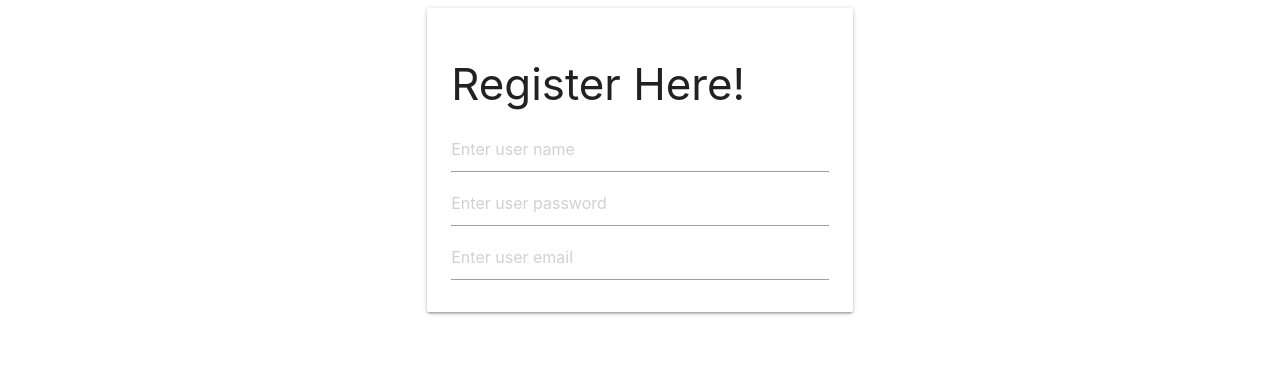
Repository: riddhiwho/Eclipse-Projects
Page: http://localhost/Register/signup.jsp
The author's editor kept a copy of each file at every save. The page is drawn from the files as they stood at one save, then again after the next save.
The browser window is 1280 px wide. The pictures show the whole page.
The page is served by Tomcat 9. Other server files are loaded and not shown.

Above is the page before, as saved 2021-06-05 05:44:57.

### Register/src/main/webapp/signup.jsp
<%@ page language="java" contentType="text/html; charset=UTF-8"
    pageEncoding="UTF-8"%>
<!DOCTYPE html>
<html>
<head>
<meta charset="UTF-8">
<title>JSP Page</title>

    <!-- Compiled and minified CSS -->
    <link rel="stylesheet" href="https://cdnjs.cloudflare.com/ajax/libs/materialize/1.0.0/css/materialize.min.css">

    <!-- Compiled and minified JavaScript -->
    <script src="https://cdnjs.cloudflare.com/ajax/libs/materialize/1.0.0/js/materialize.min.js"></script>

</head>
<body>
	<div class="container">
		<div class="row">
			<div class="col m6 offset-m3">
				<div class="card">
					<div class="card-content">
						<h3>Register Here!</h3>

						<div clas="form">

							<form action="Register" method="post">
								<input type="text" name="user_name" placeholder="Enter user name" />
								<input type="password" name="user_password" placeholder="Enter user password" />
								<input type="email" name="user_email" placeholder="Enter user email" />
							</form>

						</div>

						<div clas="loader">

						</div>
					</div>
				</div>
			</div>
		</div>
	</div>
</body>
</html>

After the next save:
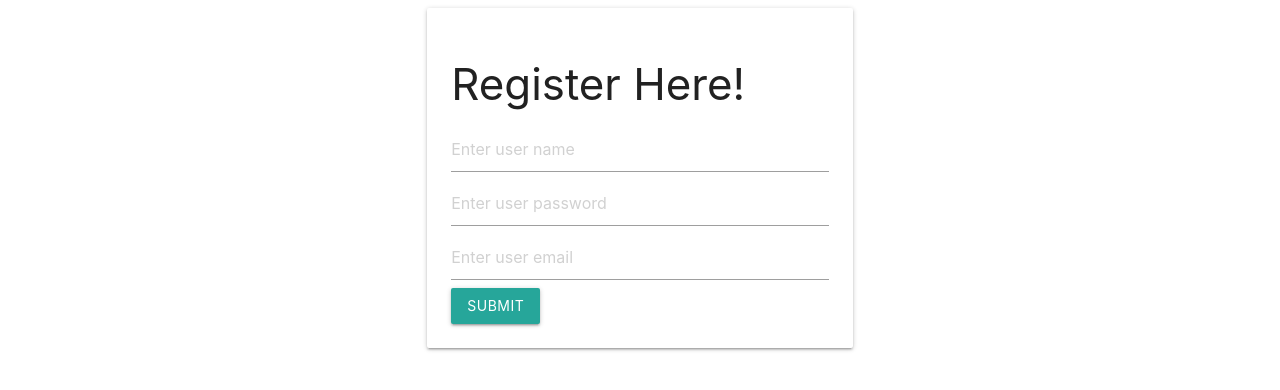
Saved 69 s later.
--- a/Register/src/main/webapp/signup.jsp
+++ b/Register/src/main/webapp/signup.jsp
@@ -21,12 +21,15 @@
 					<div class="card-content">
 						<h3>Register Here!</h3>
 
-						<div clas="form">
+						<div clas="form center-align">
 
 							<form action="Register" method="post">
 								<input type="text" name="user_name" placeholder="Enter user name" />
 								<input type="password" name="user_password" placeholder="Enter user password" />
 								<input type="email" name="user_email" placeholder="Enter user email" />
+
+								<button type="submit" class="btn">Submit</button>
+
 							</form>
 
 						</div>
